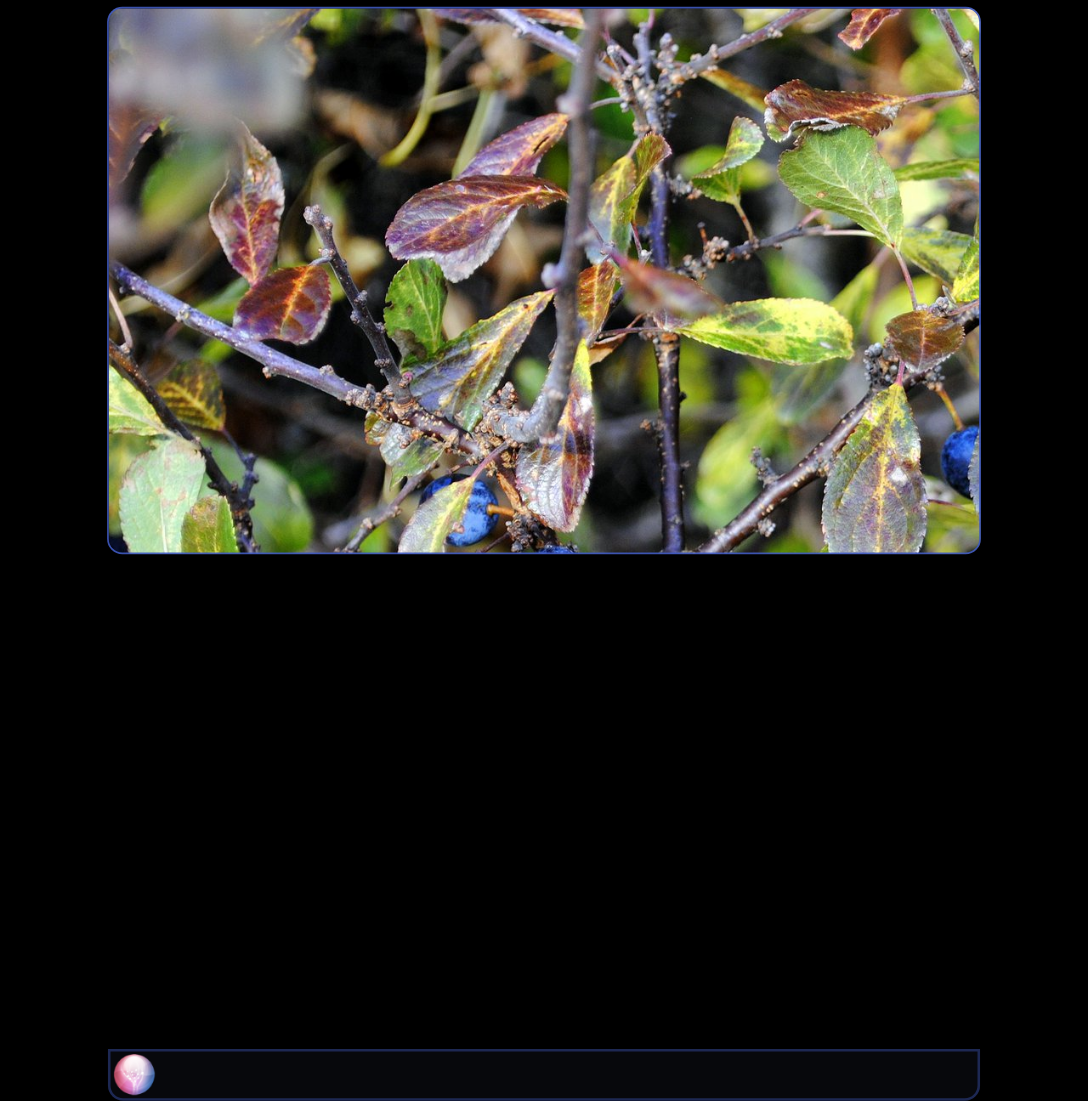
Repository: js223mx/js223mx-1dv403-laborationer
Page: 5-pwd/index.html
The author's editor kept a record of every edit. The page is drawn from the files as they stood at one moment, then again after the next edit.
The browser window is 1280 px wide. The pictures show the whole page, at 85% of full size.

Above is the page before.

After the next edit:
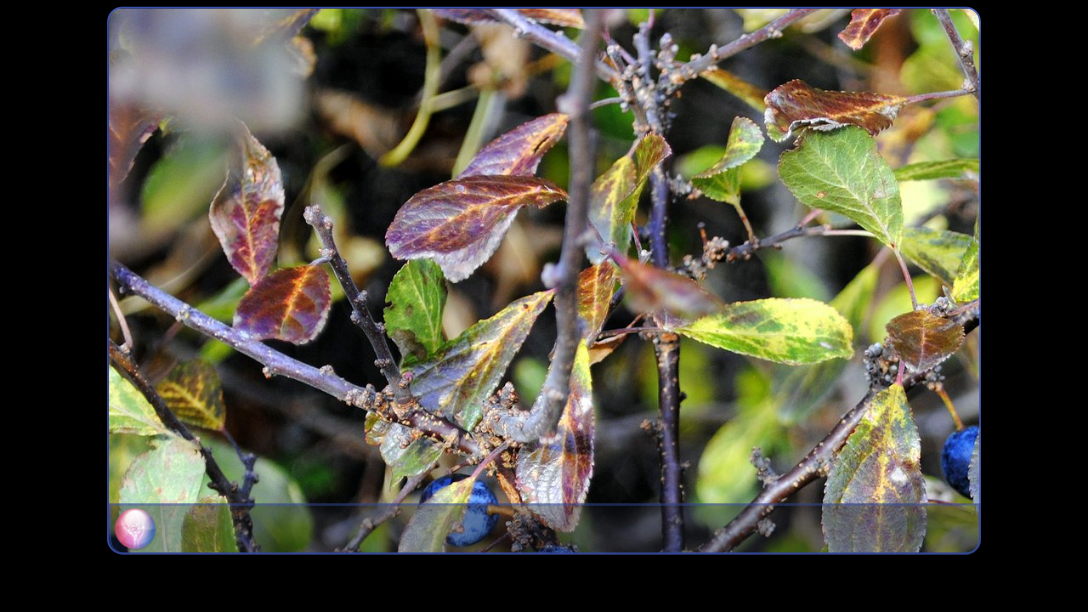
The edit:
--- a/5-pwd/index.html
+++ b/5-pwd/index.html
@@ -5,7 +5,7 @@
 		<link rel="stylesheet" href="css/style.css"/>
 	</head>
 	<body>
-		<main id=Mymain></main>
+		<main id=Mymain>
 		<footer id="Myfooter">
 			<a class = "icon" id="menuicon" href="#" title="Välj ny bakgrund"><img class="iconImg" src="css/menuicon.png" /></a>
 		</footer>
